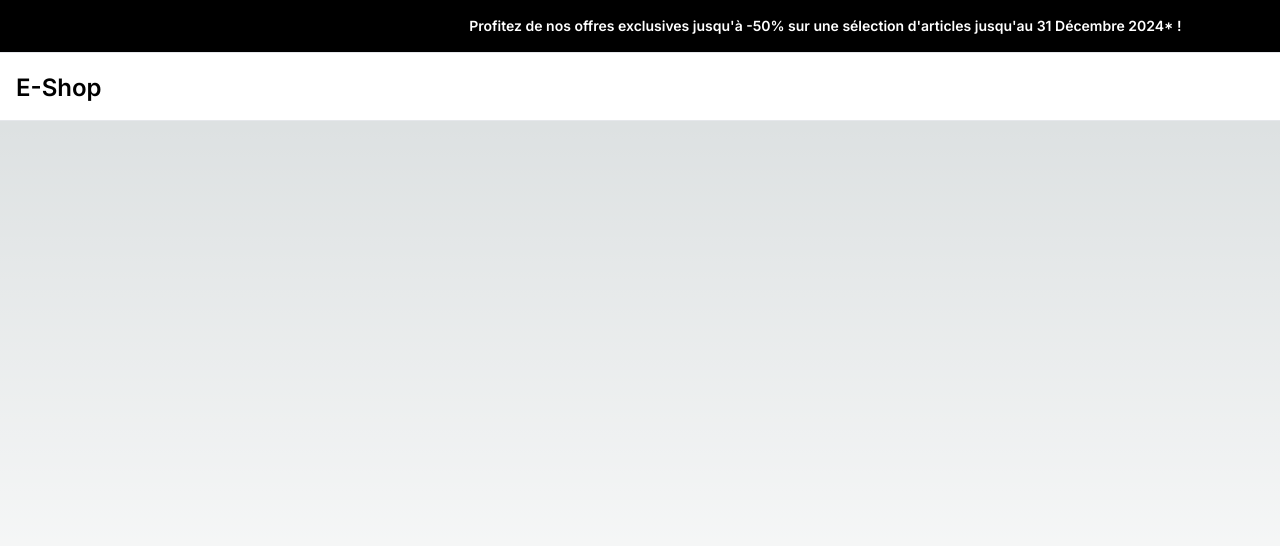
Repository: SDlevelUp/e-shop
Page: /
These files come from the project's save history. The page is drawn as it stood at one moment and after the next save; the edit follows.
The browser window is 1280 px wide. The pictures show the whole page.
The project was rebuilt for these pictures with package versions that can differ from the ones it lists, and the page was loaded fresh each time. The framework's server and built-in components were replaced by stand-ins that run in the browser. Also part of the build but not shown: next.config.js.

Above is the page before, as saved 2023-08-29 12:46:54.

### src/app/layout.js
import './globals.css'
import { Inter } from 'next/font/google';
import Navbar from '@/components/Navbar/Navbar';
import GlobalState from '@/context';
const inter = Inter({ subsets: ['latin'] })

export const metadata = {
  title: 'E-Shop, votre boutique en ligne',
  description: 'Generated by create next app',
};

export default function RootLayout({ children }) {
  return (
    <html lang="en">
      <head>
        <meta charSet="UTF-8" />
        <meta name="viewport" content="width=device-width, initial-scale=1.0" />
        <title>{metadata.title}</title>
        <meta name="description" content={metadata.description} />
      </head>
      <body className={inter.className}>
        <GlobalState>
          <Navbar />
          <main>{children}</main>
        </GlobalState>
      </body>
    </html>
  )
}

### src/app/page.js
import React from 'react';

function Home() {
  return (
    <main className="flex min-h-screen flex-col items-center justify-between p-24">
      <div>

      </div>
    </main>
  );
}

export default Home;

### src/app/globals.css
@tailwind base;
@tailwind components;
@tailwind utilities;

:root {
  --foreground-rgb: 0, 0, 0;
  --background-start-rgb: 214, 219, 220;
  --background-end-rgb: 255, 255, 255;
}

@media (prefers-color-scheme: dark) {
  :root {
    --foreground-rgb: 255, 255, 255;
    --background-start-rgb: 0, 0, 0;
    --background-end-rgb: 0, 0, 0;
  }
}

body {
  color: rgb(var(--foreground-rgb));
  background: linear-gradient(to bottom,
      transparent,
      rgb(var(--background-end-rgb))) rgb(var(--background-start-rgb));
}

.animation {
  animation: defilement-rtl 15s infinite linear;
}

@keyframes defilement-rtl {
  0% {
    transform: translate3d(0, 0, 0);
  }

  100% {
    transform: translate3d(-100%, 0, 0);
  }
}

### src/components/Navbar/Navbar.jsx
"use client";
import { Fragment } from "react";

//Admin connecté
const isAdminView = false;

//Utilisateur authentifié
const isAuthUser = false;

export default function Navbar() {
    return (
        <>
            <div className="bg-white fixed z-40 w-full top-0 left-0 border-b border-gray-200 h-46">
                <header className="bg-black z-50 w-full top-0 left-0 border-b border-gray-200 fixed">
                    <div className="max-w-screen-xl flex flex-wrap items-center justify-center mx-auto p-4">
                        <div className="flex items-center cursor-pointer">
                            <span className="text-white text-sm font-semibold whitespace-nowrap animation inline-block pl-[100%] pr-[2em]">
                                Profitez de nos offres exclusives jusqu'à -50% sur une sélection d'articles jusqu'au 31 Décembre 2024* !                         </span>
                        </div>
                    </div>
                </header>

                <nav className="max-w-screen-xl flex items-center justify-between mx-auto p-4 mt-14" >
                    <div className="flex items-center cursor-pointer">
                        <span className="self-center text-2xl font-semibold whitespace-nowrap">
                            E-Shop
                        </span>
                    </div>
                    <div className="flex md:order-2 gap-2">
                        {!isAdminView && isAuthUser ? (
                            <Fragment>
                                <button>Compte</button>
                                <button>Panier</button>
                            </Fragment>
                        ) : null}
                    </div>
                </nav>
            </div>
        </>
    );
}

### src/context/index.js
"use client";

import { createContext } from 'react';

export const GlobalContext = createContext(null);

export default function GlobalState({ children }) {
    return (
        <GlobalContext.Provider value={{}}>{children}</GlobalContext.Provider>
    )
}

Loaded but not shown: tailwind.config.js (common file)

After the next save:
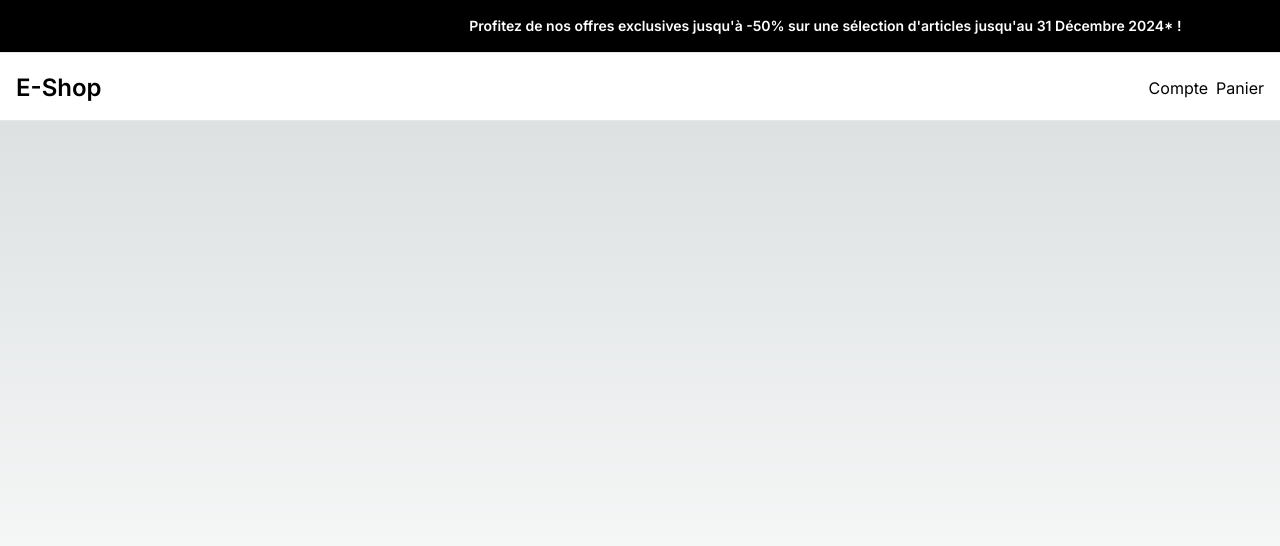
Saved 12 s later.
--- a/src/components/Navbar/Navbar.jsx
+++ b/src/components/Navbar/Navbar.jsx
@@ -5,7 +5,7 @@
 const isAdminView = false;
 
 //Utilisateur authentifié
-const isAuthUser = false;
+const isAuthUser = true;
 
 export default function Navbar() {
     return (

After the save that followed:
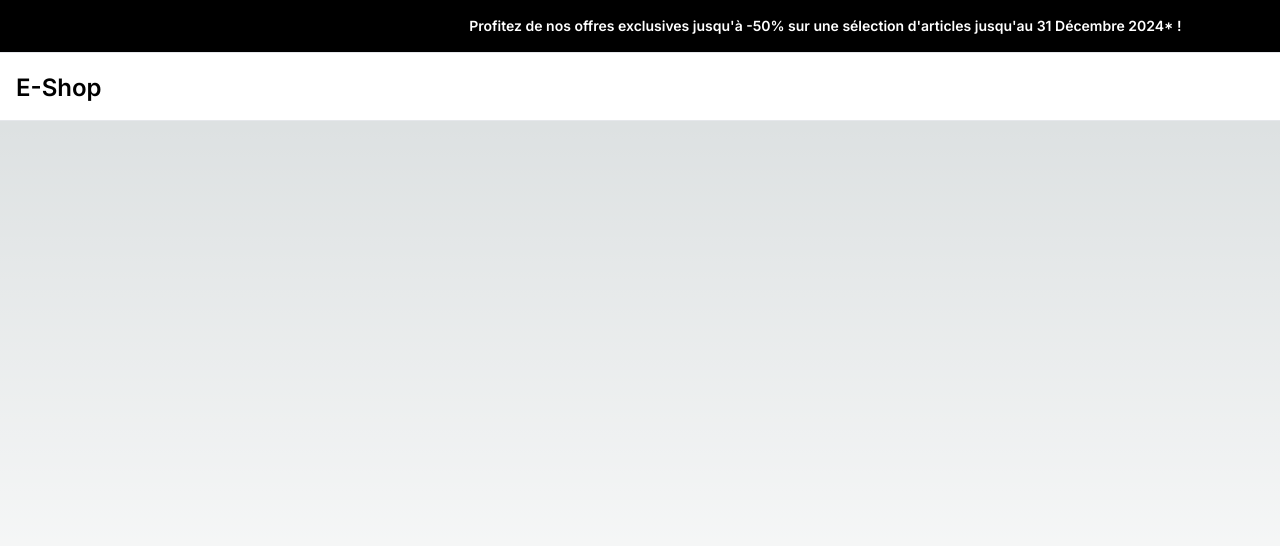
Saved 42 s later.
--- a/src/components/Navbar/Navbar.jsx
+++ b/src/components/Navbar/Navbar.jsx
@@ -5,7 +5,7 @@
 const isAdminView = false;
 
 //Utilisateur authentifié
-const isAuthUser = true;
+const isAuthUser =false;
 
 export default function Navbar() {
     return (
